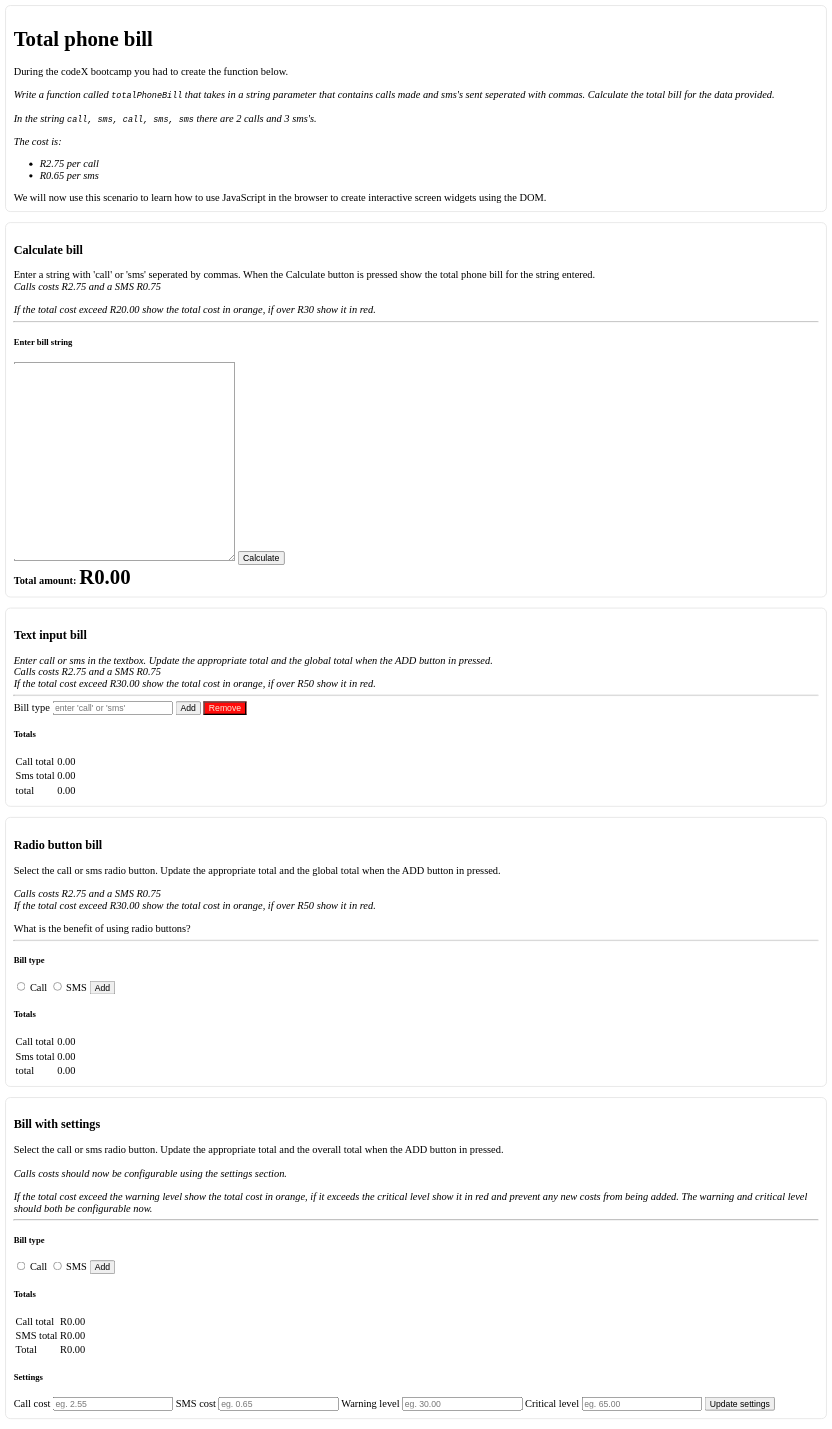
Repository: lasity34/Phone-bill
Page: index.html
An editor plug-in stored every save of this project. The page is shown before and after the next save, followed by the edit.
The browser window is 1280 px wide. The pictures show the whole page, at 65% of full size.
Some web libraries are served in a nearby version.

Above is the page before, as saved 2023-05-08 09:42:31.
Not found: css/skeleton.css

After the next save:
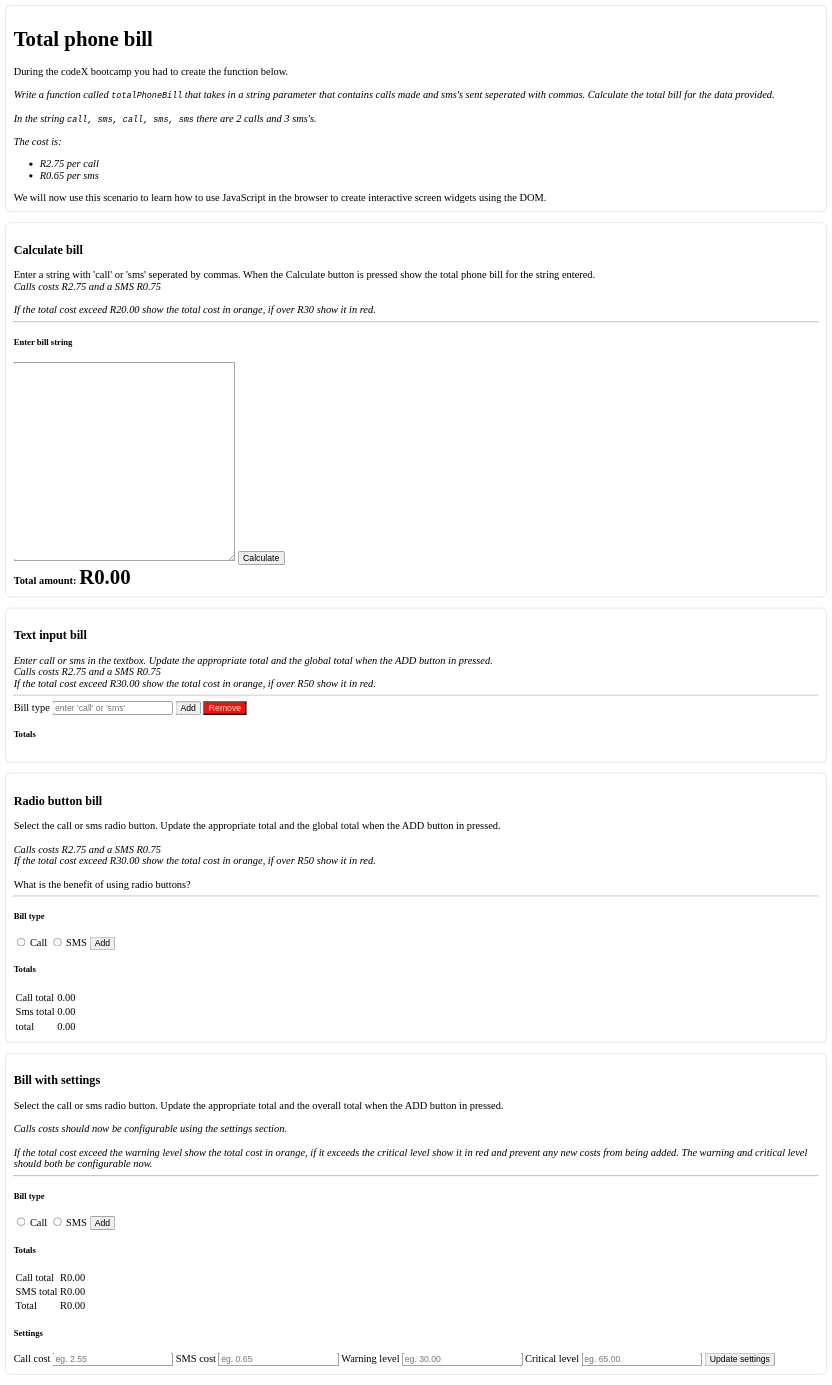
Console error: SyntaxError: Unexpected end of input
Saved 3 min 47 s later.
--- a/js/text-bill.js
+++ b/js/text-bill.js
@@ -16,7 +16,7 @@
 const textTotalRemoveBtn = document.querySelector(".resetBtn");
 const totalElem = document.querySelector(".total");
 const textCostDataElem = document.querySelector(".textTotals");
-const textItem = document.querySelector(".textItem")
+
 
 let callsTotal = 0.0;
 let smsTotal = 0.0;
@@ -33,17 +33,18 @@
 
   totaltext = callsTotal + smsTotal;
   updateTextTemplate();
+  const textItem = document.querySelectorAll(".textItem");
+
   if (totaltext > 50) {
-    const lastChild = textItem.lastElementChild;
+    const lastChild = textItem[textItem.length - 1];
     if (lastChild) {
       lastChild.classList.add("danger");
     }
   } else if (totaltext > 30) {
-    const lastChild = textItem.lastElementChild;
+    const lastChild = textItem[textItem.length - 1];
     if (lastChild) {
       lastChild.classList.add("warning");
     }
-  }
 }
 
 function removeTotal() {

After the save that followed:
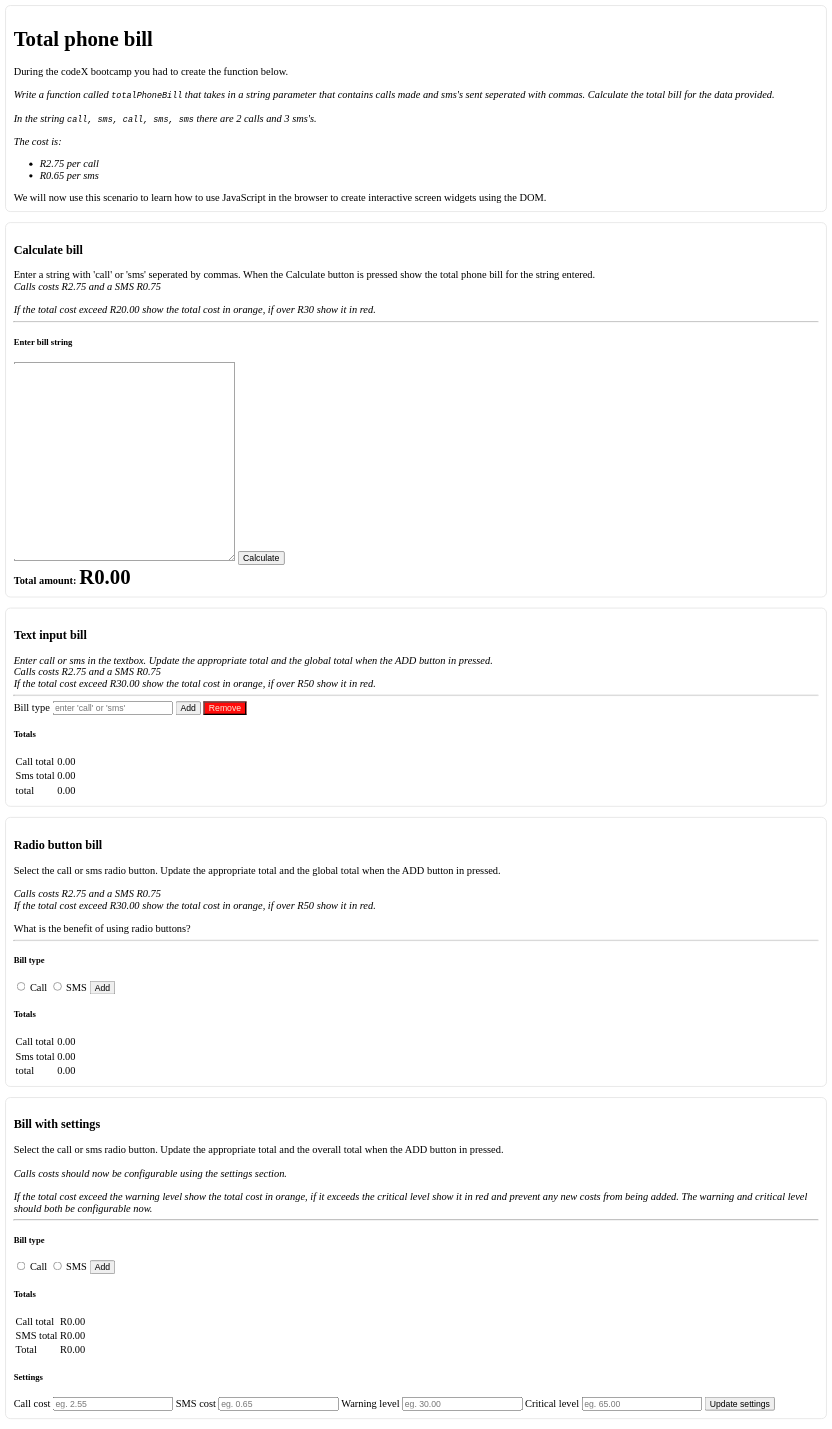
The error is gone.
Saved 8 s later.
--- a/js/text-bill.js
+++ b/js/text-bill.js
@@ -46,7 +46,7 @@
       lastChild.classList.add("warning");
     }
 }
-
+}
 function removeTotal() {
   callsTotal = 0;
   smsTotal = 0;
